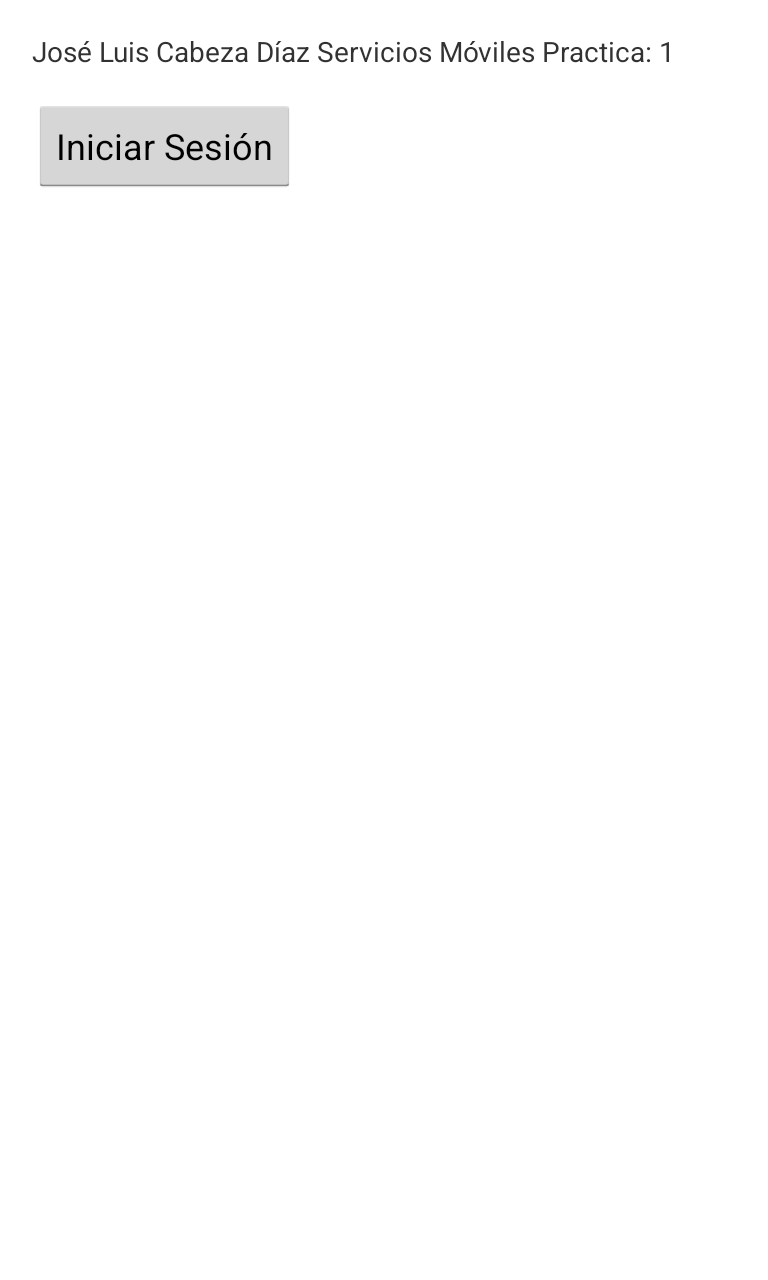
Repository: jlcd0004/sm_p11_practica1
Layout: Practica1/res/layout/activity_main.xml
The author's editor kept a copy of each file at every save. The layout is drawn from the files as they stood at one save, then again after the next save.
It is drawn on a 768 x 1280 px phone screen (xhdpi) without system bars, with theme AppTheme; the app's code is not run.

Above is the layout before, as saved 2015-10-02 15:56:32.

After the next save:
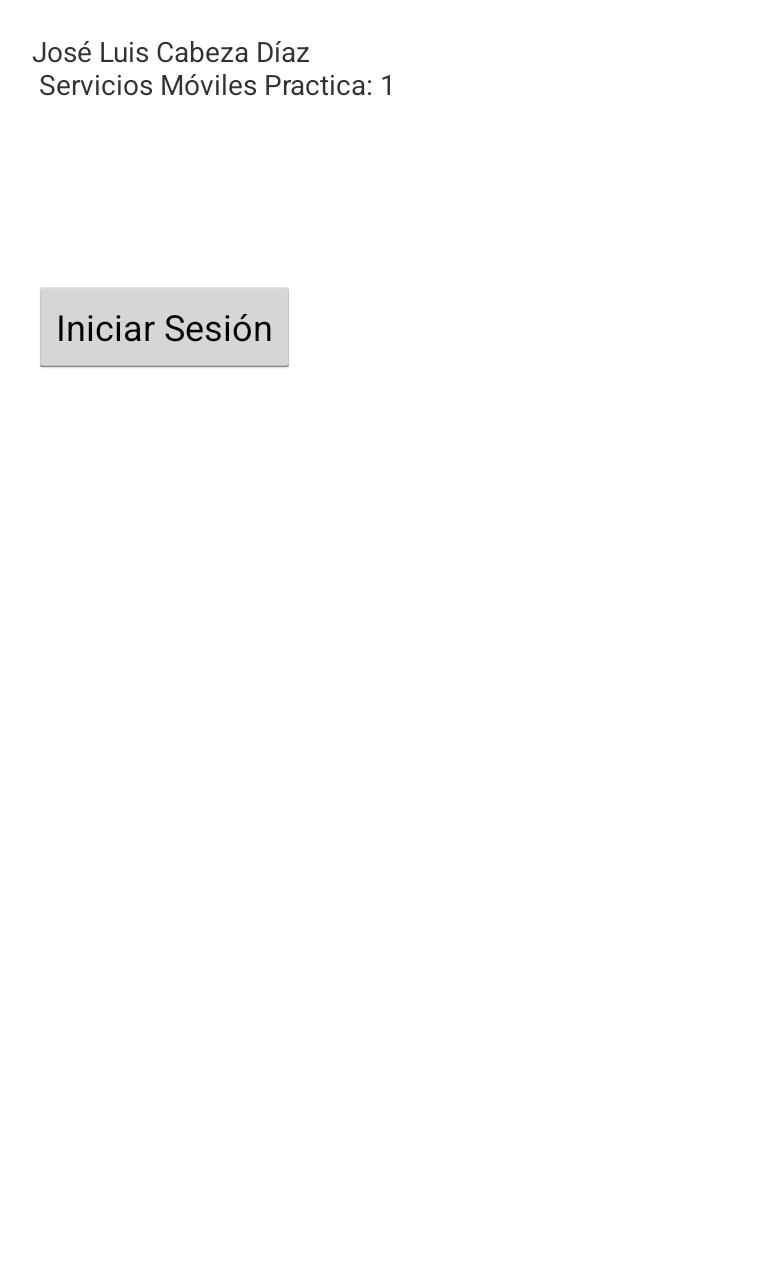
Saved 40 s later.
--- a/Practica1/res/layout/activity_main.xml
+++ b/Practica1/res/layout/activity_main.xml
@@ -18,10 +18,9 @@
         android:id="@+id/button1"
         android:layout_width="wrap_content"
         android:layout_height="wrap_content"
+        android:layout_alignLeft="@+id/textView1"
         android:layout_below="@+id/textView1"
-        android:layout_marginTop="14dp"
+        android:layout_marginTop="88dp"
         android:text="Iniciar Sesión" />
 
-
-
 </RelativeLayout>
--- a/Practica1/res/values/strings.xml
+++ b/Practica1/res/values/strings.xml
@@ -4,7 +4,7 @@
     <string name="app_name">Practica1</string>
     <string name="hello_world">Hello world!</string>
     <string name="action_settings">Settings</string>
-<string name="presentacion">José Luis Cabeza Díaz
+<string name="presentacion">José Luis Cabeza Díaz \n
                             Servicios Móviles
                             Practica: 1
                             </string>
